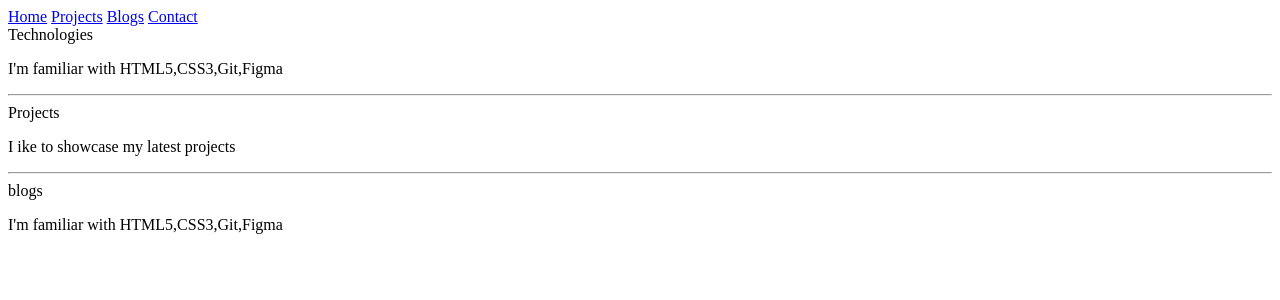
Repository: nihalani20/HTMLbyKG
Page: Projectlevel4/index.html
These files come from the project's save history. The page is drawn as it stood at one moment and after the next save; the edit follows.
The browser window is 1280 px wide. The pictures show the whole page.

Above is the page before, as saved 2023-12-13 19:33:15.

After the next save:
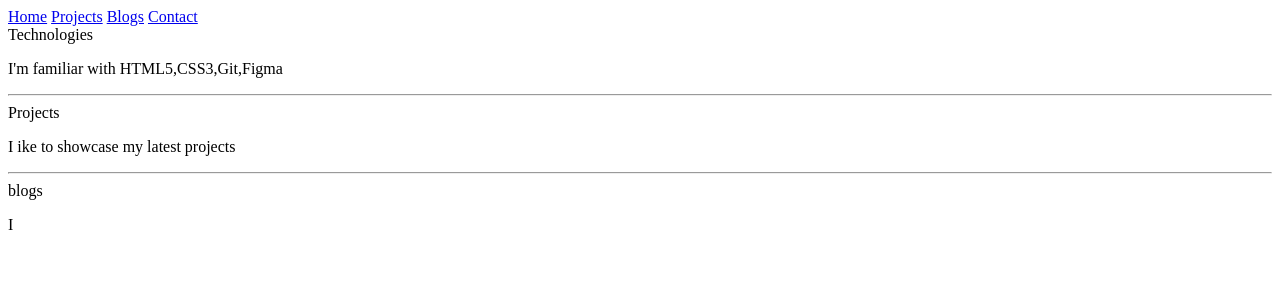
Saved 5 s later.
--- a/Projectlevel4/index.html
+++ b/Projectlevel4/index.html
@@ -28,7 +28,7 @@
 <hr>
 <section>
   blogs
-  <p>I'm familiar with HTML5,CSS3,Git,Figma</p>
+  <p>I </p>
 </section>
   </main>
   <footer>
